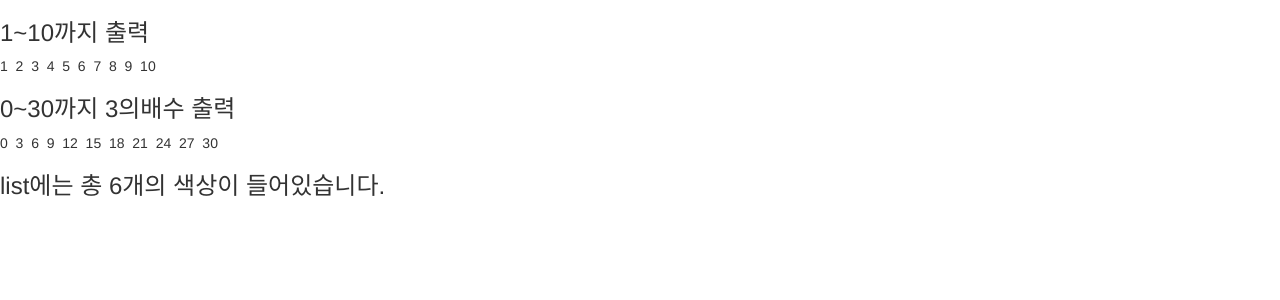
Repository: jungbee2/jungproject
Page: http://localhost/JstlProject/day0330/ex5_foreach.jsp
The author's editor kept a copy of each file at every save. The page is drawn from the files as they stood at one save, then again after the next save.
The browser window is 1280 px wide. The pictures show the whole page.
Some web fonts or font styles are not loaded; a fallback is used. The page is served by Tomcat 9.

Above is the page before, as saved 2023-03-30 02:26:28.

After the next save:
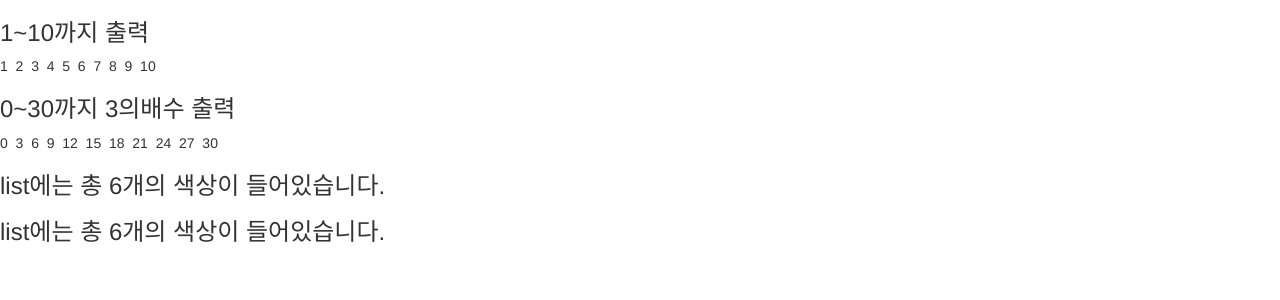
Saved 27 s later.
--- a/JstlProject/src/main/webapp/day0330/ex5_foreach.jsp
+++ b/JstlProject/src/main/webapp/day0330/ex5_foreach.jsp
@@ -48,7 +48,7 @@
 	${a }&nbsp;
 </c:forEach>
 
-
 <h3>list에는 총 ${requestScope.total }개의 색상이 들어있습니다.</h3>
+<h3>list에는 총 ${total }개의 색상이 들어있습니다.</h3>
 </body>
 </html>
